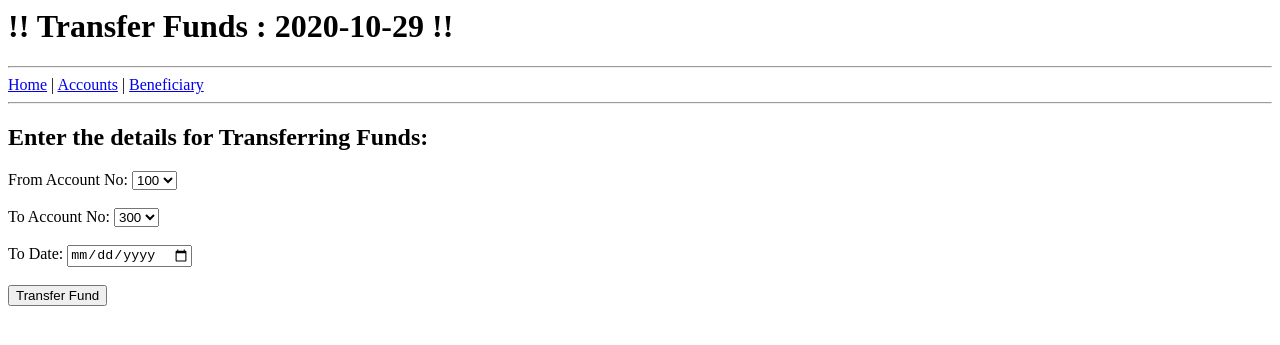
Repository: anik84/ibs
Page: http://localhost/IBS/user_transfer_funds_display_form.jsp
An editor plug-in stored every save of this project. The page is shown before and after the next save, followed by the edit.
The browser window is 1280 px wide. The pictures show the whole page.
The page is served by Tomcat 9.

Above is the page before, as saved 2020-10-29 10:33:41.

After the next save:
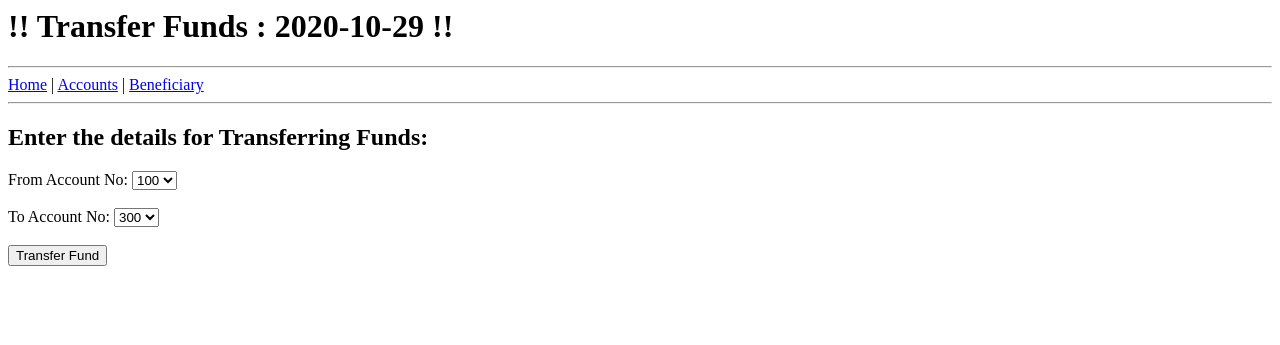
Saved 70 s later.
--- a/IBS_JSPs/IBS/WebContent/user_transfer_funds_display_form.jsp
+++ b/IBS_JSPs/IBS/WebContent/user_transfer_funds_display_form.jsp
@@ -44,10 +44,6 @@
 		 -->
 
 		<div>
-			<label>To Date: </label> <input type="date" name="toDate"
-				required />
-		</div><br />
-		<div>
 			<button>Transfer Fund</button>
 		</div>
 	</form>
